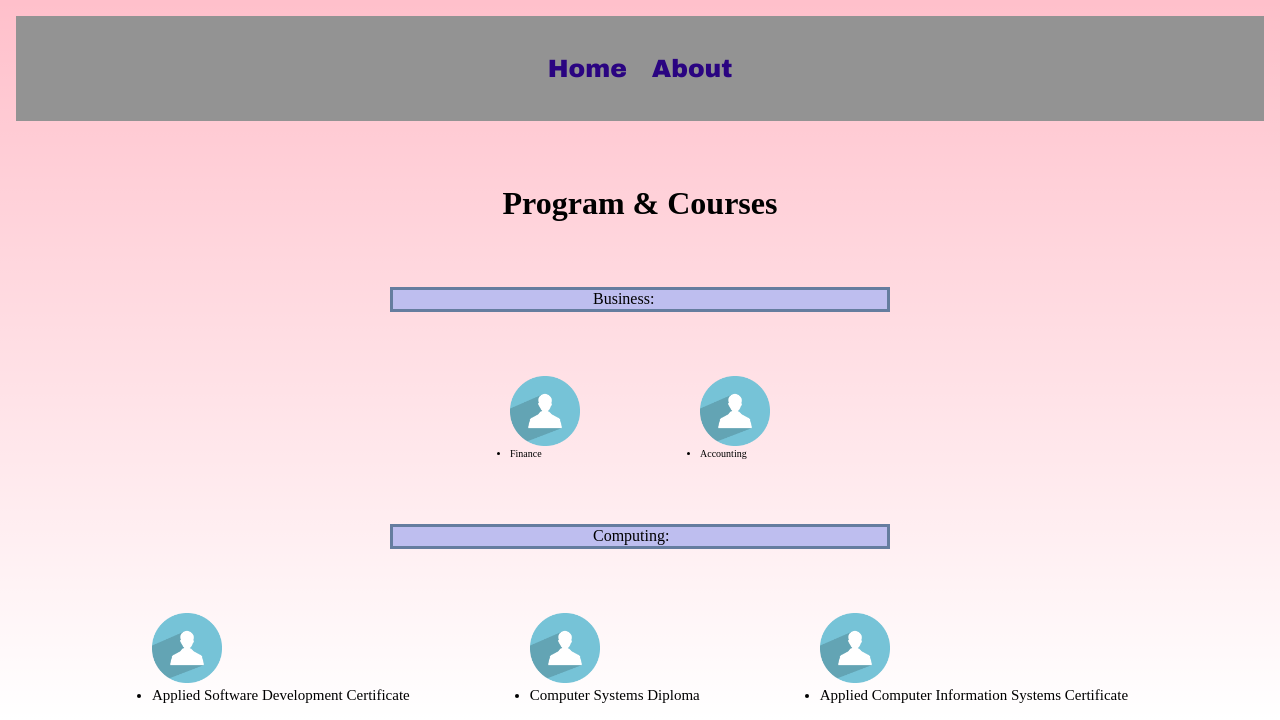
Repository: anoncoderin/madhu-assignment3
Page: /
The author's editor kept a copy of each file at every save. The page is drawn from the files as they stood at one save, then again after a run of saves.
The browser window is 1280 px wide. The pictures show the whole page.
The project was rebuilt for these pictures with package versions that can differ from the ones it lists, and the page was loaded fresh each time. The framework's server and built-in components were replaced by stand-ins that run in the browser. Also part of the build but not shown: next.config.js, components/Card/Card.module.css.

Above is the page before, as saved 2023-01-22 23:06:00.

### pages/index.js
import Head from 'next/head'
import Image from 'next/image'
import { Inter } from '@next/font/google'
import styles from '@/styles/Home.module.css'
import { useState } from 'react'
import data from '../data/education.json'
import Link from 'next/link'
import Card from '../components/Card'
import style from '../components/Card/Card.module.css'

export default function Home() {
  console.log(data);
  const [information, setInformation] = useState([...data])
  return (
    <>
      <Head>

      </Head>
      <main className={styles.main}>
        <div className={styles.nav}>
        <p>

          <Link href="/"><b>Home &nbsp;&nbsp;</b></Link>
          <Link href="about"><b>About</b></Link>
        </p>
        </div>
        <h1>Program & Courses</h1>
      <div className={styles.heading}>Business:</div>
      <div className={styles.row}>
      {
        information && information.map((info, index)=>{
          if(info.department === "Business"){
            return(
              <Card key={index} degree={info.degree}></Card>
            )
          }
        })
      }
      </div>
      <div className={styles.heading}>Computing:</div>
      <div className={styles.row}>
      {
        information && information.map((info, index)=>{
          if(info.department === "Computing"){
            return(

              <Card key={index} degree={info.degree} font={15}></Card>
            )
          }
        })
      }
      </div>
      </main>
    </>
  )
}

### styles/globals.css
:root {
  --max-width: 1100px;
  --border-radius: 12px;
  --font-mono: ui-monospace, Menlo, Monaco, 'Cascadia Mono', 'Segoe UI Mono',
    'Roboto Mono', 'Oxygen Mono', 'Ubuntu Monospace', 'Source Code Pro',
    'Fira Mono', 'Droid Sans Mono', 'Courier New', monospace;

  --foreground-rgb: 0, 0, 0;
  --background-start-rgb: 255, 192, 203;
  --background-end-rgb: 255, 255, 255;

  --primary-glow: conic-gradient(
    from 180deg at 50% 50%,
    hsla(78, 61%, 87%, 0.2) 0deg,
    #0885ff33 55deg,
    #54d6ff33 120deg,
    #0071ff33 160deg,
    transparent 360deg
  );
  --secondary-glow: radial-gradient(
    rgba(255, 255, 255, 1),
    rgba(255, 255, 255, 0)
  );

  --tile-start-rgb: 239, 245, 249;
  --tile-end-rgb: 228, 232, 233;
  --tile-border: conic-gradient(
    #00000080,
    #00000040,
    #00000030,
    #00000020,
    #00000010,
    #00000010,
    #00000080
  );

  --callout-rgb: 238, 240, 241;
  --callout-border-rgb: 172, 175, 176;
  --card-rgb: 180, 185, 188;
  --card-border-rgb: 131, 134, 135;
}

@media (prefers-color-scheme: dark) {
  :root {
    --foreground-rgb: 255, 255, 255;
    --background-start-rgb: 0, 0, 0;
    --background-end-rgb: 0, 0, 0;

    --primary-glow: radial-gradient(rgba(1, 65, 255, 0.4), rgba(1, 65, 255, 0));
    --secondary-glow: linear-gradient(
      to bottom right,
      rgba(1, 65, 255, 0),
      rgba(1, 65, 255, 0),
      rgba(1, 65, 255, 0.3)
    );

    --tile-start-rgb: 2, 13, 46;
    --tile-end-rgb: 2, 5, 19;
    --tile-border: conic-gradient(
      #ffffff80,
      #ffffff40,
      #ffffff30,
      #ffffff20,
      #ffffff10,
      #ffffff10,
      #ffffff80
    );

    --callout-rgb: 20, 20, 20;
    --callout-border-rgb: 108, 108, 108;
    --card-rgb: 100, 100, 100;
    --card-border-rgb: 200, 200, 200;
  }
}

* {
  box-sizing: border-box;
  padding: 0;
  margin: 0;
}

html,
body {
  max-width: 100vw;
  overflow-x: hidden;
}

body {
  color: rgb(var(--foreground-rgb));
  background: linear-gradient(
      to bottom,
      transparent,
      rgb(var(--background-end-rgb))
    )
    rgb(var(--background-start-rgb));
}

a {
  color: inherit;
  text-decoration: none;
}
a:hover{
  color: rgb(92, 91, 91);
}

@media (prefers-color-scheme: dark) {
  html {
    color-scheme: dark;
  }
}

### styles/Home.module.css
.main {
  display: flex;
  flex-direction: column;
  justify-content: space-between;
  align-items: center;
  padding: 1rem;
  min-height: 100vh;
}
.row{
  display: flex;
  flex-direction: row;
  justify-content:space-evenly;
  gap: 120px;

}
.nav{
  display: flex;
  flex-direction: column;
  justify-content: space-between;
  align-items: center;
      padding: 39px;
  background-color: rgb(147, 147, 147);
  color: rgb(42, 4, 129);

  font-size: 25px;
  margin: 45;
  font-family: arial black;
  width: 100%;
}


.heading{
  padding-left: 200px;
  height: 25px;
  width: 500px;
  background-color: #bebeef;
  border-style:solid;
  border-color:#657d9f;
}

.degree{
  display: flex;
  flex-direction: column;

  gap: 5px;
}

.description {
  display: inherit;
  justify-content: inherit;
  align-items: inherit;
  font-size: 0.85rem;
  max-width: var(--max-width);
  width: 100%;
  z-index: 2;
  font-family: var(--font-mono);
}

.description a {
  display: flex;
  justify-content: center;
  align-items: center;
  gap: 0.5rem;
}

.description p {
  position: relative;
  margin: 0;
  padding: 1rem;
  background-color: rgba(var(--callout-rgb), 0.5);
  border: 1px solid rgba(var(--callout-border-rgb), 0.3);
  border-radius: var(--border-radius);
}

.code {
  font-weight: 700;
  font-family: var(--font-mono);
}

.grid {
  display: grid;
  grid-template-columns: repeat(4, minmax(25%, auto));
  width: var(--max-width);
  max-width: 100%;
}

.card {
  padding: 1rem 1.2rem;
  border-radius: var(--border-radius);
  background: rgba(var(--card-rgb), 0);
  border: 1px solid rgba(var(--card-border-rgb), 0);
  transition: background 200ms, border 200ms;
}

.card span {
  display: inline-block;
  transition: transform 200ms;
}

.card h2 {
  font-weight: 600;
  margin-bottom: 0.7rem;
}

.card p {
  margin: 0;
  opacity: 0.6;
  font-size: 0.9rem;
  line-height: 1.5;
  max-width: 30ch;
}

.center {
  display: flex;
  justify-content: center;
  align-items: center;
  position: relative;
  padding: 4rem 0;
}

.center::before {
  background: var(--secondary-glow);
  border-radius: 50%;
  width: 480px;
  height: 360px;
  margin-left: -400px;
}

.center::after {
  background: var(--primary-glow);
  width: 240px;
  height: 180px;
  z-index: -1;
}

.center::before,
.center::after {
  content: '';
  left: 50%;
  position: absolute;
  filter: blur(45px);
  transform: translateZ(0);
}

.logo,
.thirteen {
  position: relative;
}

.thirteen {
  display: flex;
  justify-content: center;
  align-items: center;
  width: 75px;
  height: 75px;
  padding: 25px 10px;
  margin-left: 16px;
  transform: translateZ(0);
  border-radius: var(--border-radius);
  overflow: hidden;
  box-shadow: 0px 2px 8px -1px #0000001a;
}

.thirteen::before,
.thirteen::after {
  content: '';
  position: absolute;
  z-index: -1;
}

/* Conic Gradient Animation */
.thirteen::before {
  animation: 6s rotate linear infinite;
  width: 200%;
  height: 200%;
  background: var(--tile-border);
}

/* Inner Square */
.thirteen::after {
  inset: 0;
  padding: 1px;
  border-radius: var(--border-radius);
  background: linear-gradient(
    to bottom right,
    rgba(var(--tile-start-rgb), 1),
    rgba(var(--tile-end-rgb), 1)
  );
  background-clip: content-box;
}

/* Enable hover only on non-touch devices */
@media (hover: hover) and (pointer: fine) {
  .card:hover {
    background: rgba(var(--card-rgb), 0.1);
    border: 1px solid rgba(var(--card-border-rgb), 0.15);
  }

  .card:hover span {
    transform: translateX(4px);
  }
}

@media (prefers-reduced-motion) {
  .thirteen::before {
    animation: none;
  }

  .card:hover span {
    transform: none;
  }
}

/* Mobile */
@media (max-width: 700px) {
  .content {
    padding: 4rem;
  }

  .grid {
    grid-template-columns: 1fr;
    margin-bottom: 120px;
    max-width: 320px;
    text-align: center;
  }

  .card {
    padding: 1rem 2.5rem;
  }

  .card h2 {
    margin-bottom: 0.5rem;
  }

  .center {
    padding: 8rem 0 6rem;
  }

  .center::before {
    transform: none;
    height: 300px;
  }

  .description {
    font-size: 0.8rem;
  }

  .description a {
    padding: 1rem;
  }

  .description p,
  .description div {
    display: flex;
    justify-content: center;
    position: fixed;
    width: 100%;
  }

  .description p {
    align-items: center;
    inset: 0 0 auto;
    padding: 2rem 1rem 1.4rem;
    border-radius: 0;
    border: none;
    border-bottom: 1px solid rgba(var(--callout-border-rgb), 0.25);
    background: linear-gradient(
      to bottom,
      rgba(var(--background-start-rgb), 1),
      rgba(var(--callout-rgb), 0.5)
    );
    background-clip: padding-box;
    backdrop-filter: blur(24px);
  }

  .description div {
    align-items: flex-end;
    pointer-events: none;
    inset: auto 0 0;
    padding: 2rem;
    height: 200px;
    background: linear-gradient(
      to bottom,
      transparent 0%,
      rgb(var(--background-end-rgb)) 40%
    );
    z-index: 1;
  }
}

/* Tablet and Smaller Desktop */
@media (min-width: 701px) and (max-width: 1120px) {
  .grid {
    grid-template-columns: repeat(2, 50%);
  }
}

@media (prefers-color-scheme: dark) {
  .vercelLogo {
    filter: invert(1);
  }

  .logo,
  .thirteen img {
    filter: invert(1) drop-shadow(0 0 0.3rem #ffffff70);
  }
}

@keyframes rotate {
  from {
    transform: rotate(360deg);
  }
  to {
    transform: rotate(0deg);
  }
}

### data/education.json
[
        {
            "studentNumber": "A0004567",
            "firstName": "Person 1",
            "gpa": 3.8,
            "department": "Business",
            "degree": "Finance",
            "graduted": 2014
        },
        {
            "studentNumber": "A0001234",
            "firstName": "Person 2",
            "gpa": 3.5,
            "department": "Business",
            "degree": "Accounting",
            "graduted": 2010
        },
        {
            "studentNumber": "A0007890",
            "firstName": "Person 3",
            "gpa": 3.2,
            "department": "Computing",
            "degree": "Applied Software Development Certificate",
            "graduted": 2018
        },
        {
            "studentNumber": "A0007828",
            "firstName": "Person 4",
            "gpa": 3.9,
            "department": "Computing",
            "degree": "Computer Systems Diploma",
            "graduted": 2021
        },
        {
            "studentNumber": "A0003425",
            "firstName": "Person 5",
            "gpa": 3.2,
            "department": "Computing",
            "degree": "Applied Computer Information Systems Certificate",
            "graduted": 2021
        }

]

### components/Card/index.js
export default function Card(
    {
        degree="none",
        color="purple",
        font=10,
        image='icon/personTwo.png'
    }
){
    return(
        <div  style={{backgroundcolor:color, fontSize:font }}>
           <img src={'icon/person.png'} width="70px"></img>
           <ul> <li>{degree}
            </li>

            </ul>
        </div>
    )
}

Loaded but not shown: pages/_app.js (common file); pages/_document.js (common file)

After the next 2 saves:
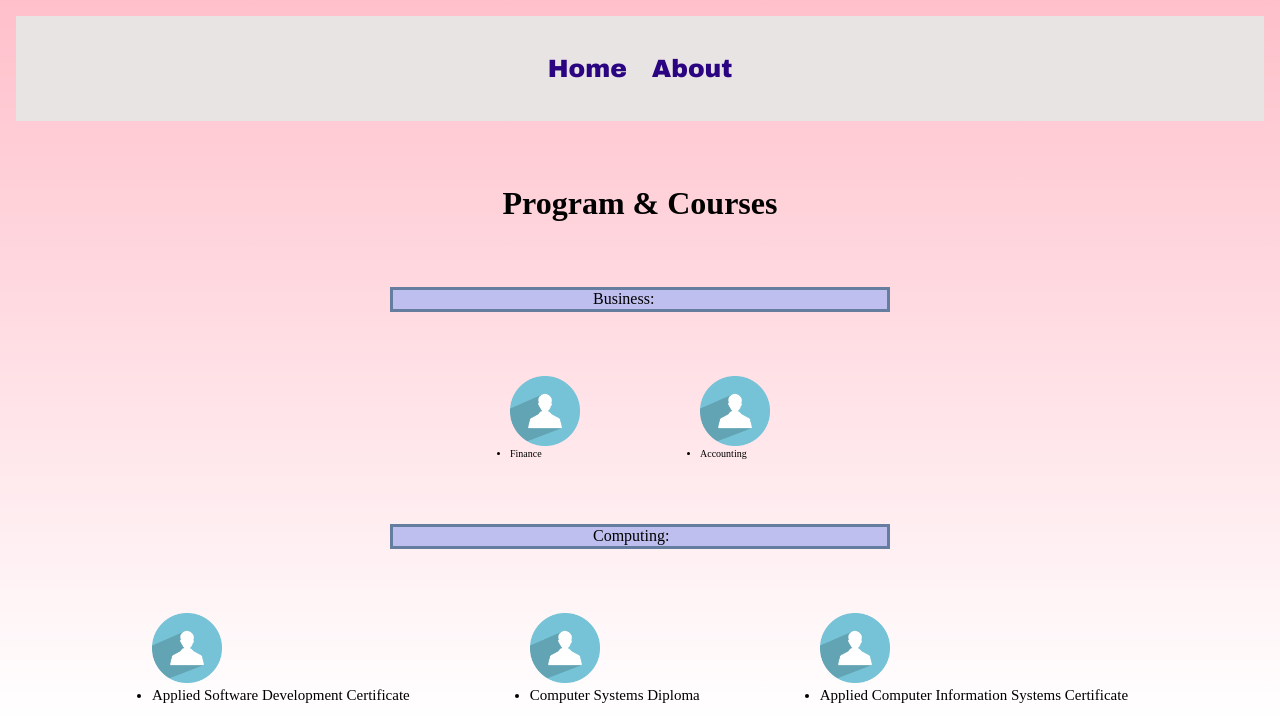
The 2 saves are shown as one change because they came seconds apart.
The last was saved 73 s later.
--- a/styles/Home.module.css
+++ b/styles/Home.module.css
@@ -19,7 +19,7 @@
   justify-content: space-between;
   align-items: center;
       padding: 39px;
-  background-color: rgb(147, 147, 147);
+  background-color: rgb(232, 228, 228);
   color: rgb(42, 4, 129);
 
   font-size: 25px;
